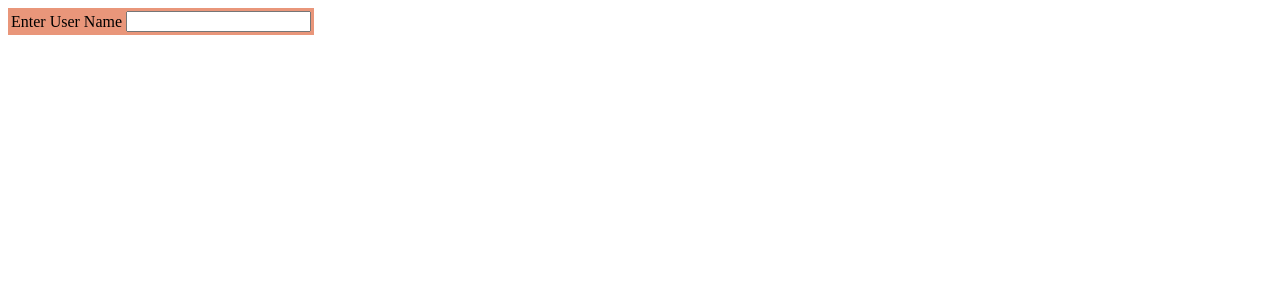
Repository: Pramila0526/LoginRegistrationUsingFilters
Page: http://localhost/LoginAndRegistration/login.jsp
These files come from the project's save history. The page is drawn as it stood at one moment and after the next save; the edit follows.
The browser window is 1280 px wide. The pictures show the whole page.
The page is served by Tomcat 9. Other server files are loaded and not shown.

Above is the page before, as saved 2019-12-26 11:29:12.

### LoginAndRegistration/WebContent/login.jsp
<%@ page language="java" contentType="text/html; charset=UTF-8"
    pageEncoding="UTF-8"%>
<!DOCTYPE html>
<html>
<head>
<meta charset="UTF-8">
<title>Insert title here</title>
</head>
<body>
<form action="Login" method="post">
<table style="background-color: DarkSalmon;">
<tr>
<td>Enter User Name</td>
<td><input type="text" name="userName">
</td></tr>
</table>
</form>
</body>
</html>

After the next save:
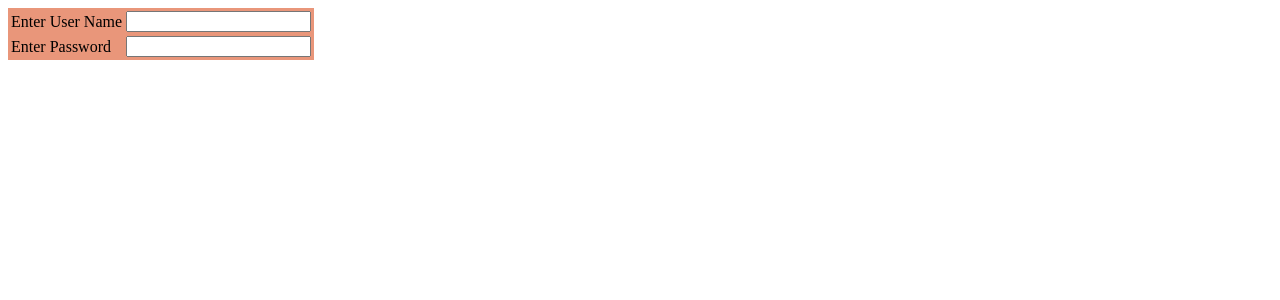
Saved 63 s later.
--- a/LoginAndRegistration/WebContent/login.jsp
+++ b/LoginAndRegistration/WebContent/login.jsp
@@ -13,6 +13,9 @@
 <td>Enter User Name</td>
 <td><input type="text" name="userName">
 </td></tr>
+<td>Enter Password</td>
+<td><input type="text" name="password">
+</td></tr>
 </table>
 </form>
 </body>
